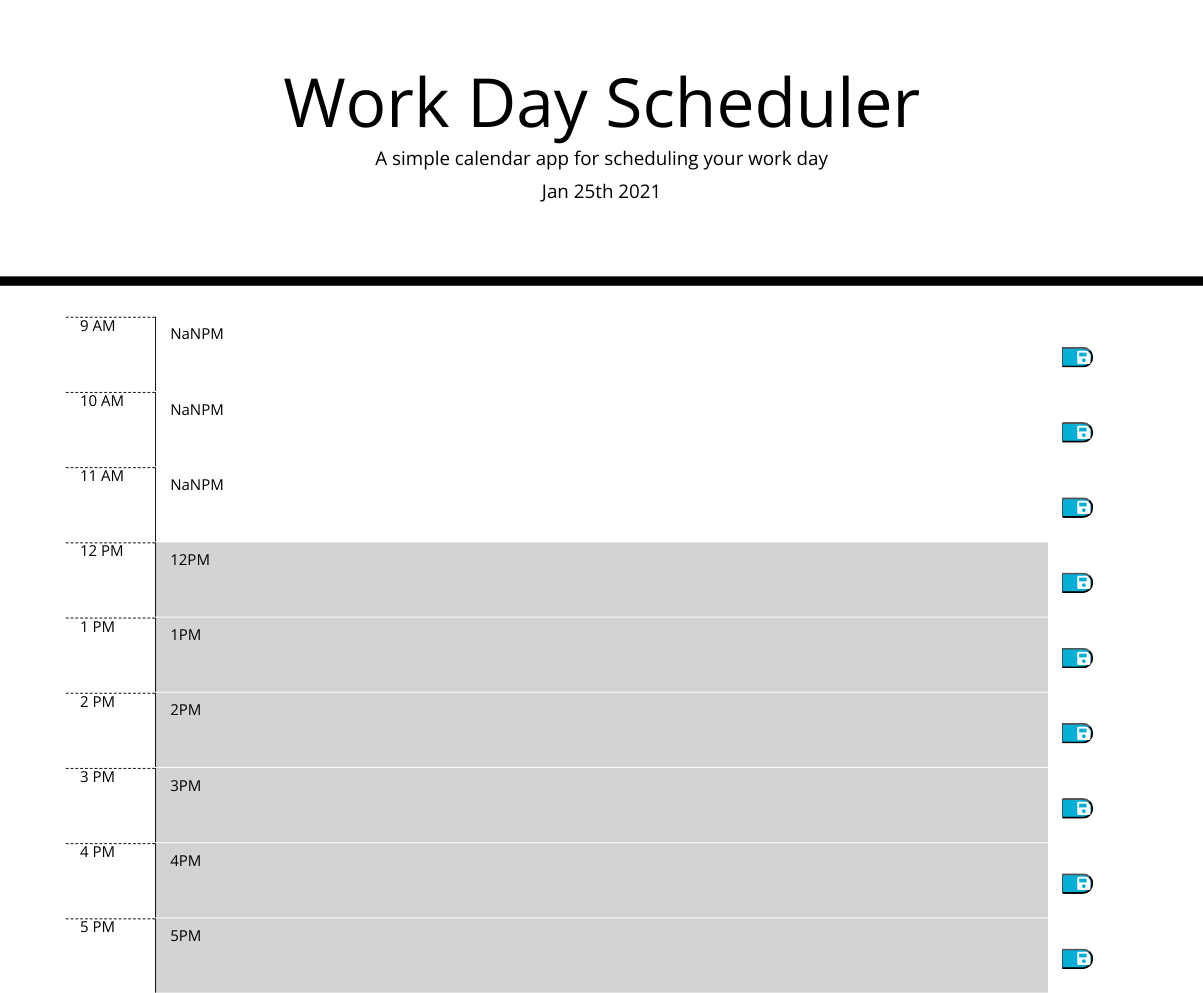
Repository: UPye/workDayScheduler
Page: index.html
These files come from the project's save history. The page is drawn as it stood at one moment and after a run of saves; the edit follows.
The browser window is 1280 px wide. The pictures show the whole page, at 94% of full size.
Some web libraries are served in a nearby version.

Above is the page before, as saved 2021-01-25 22:00:13.

After the next 2 saves:
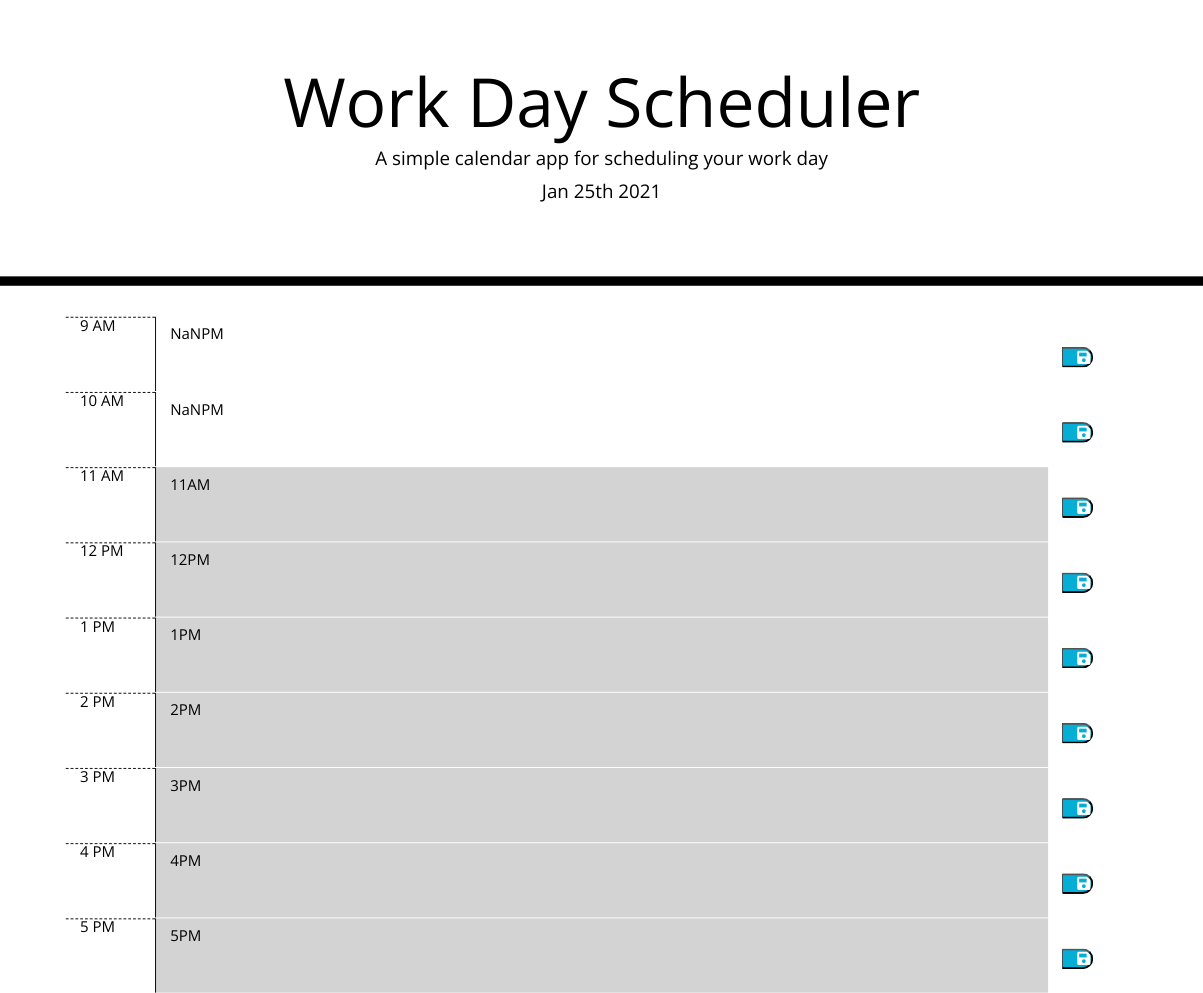
The 2 saves are shown as one change because they came seconds apart.
The last was saved 9 s later.
--- a/index.html
+++ b/index.html
@@ -47,7 +47,7 @@
       </section>
       <section class="row timeblocks">
         <div class="col-1 hour">11 AM</div>
-        <textarea id="hour-11" class="col-10 task" placeholder="" autocomplete="off"></textarea>
+        <textarea id="hour-11" data-id="11" class="col-10 task" placeholder="" autocomplete="off"></textarea>
         <div class="col-1 save">
           <button type="button" id="save-11" data-id="11" class="saveBtn col-1"><i class="fas fa-save"></i></button>
         </div>
